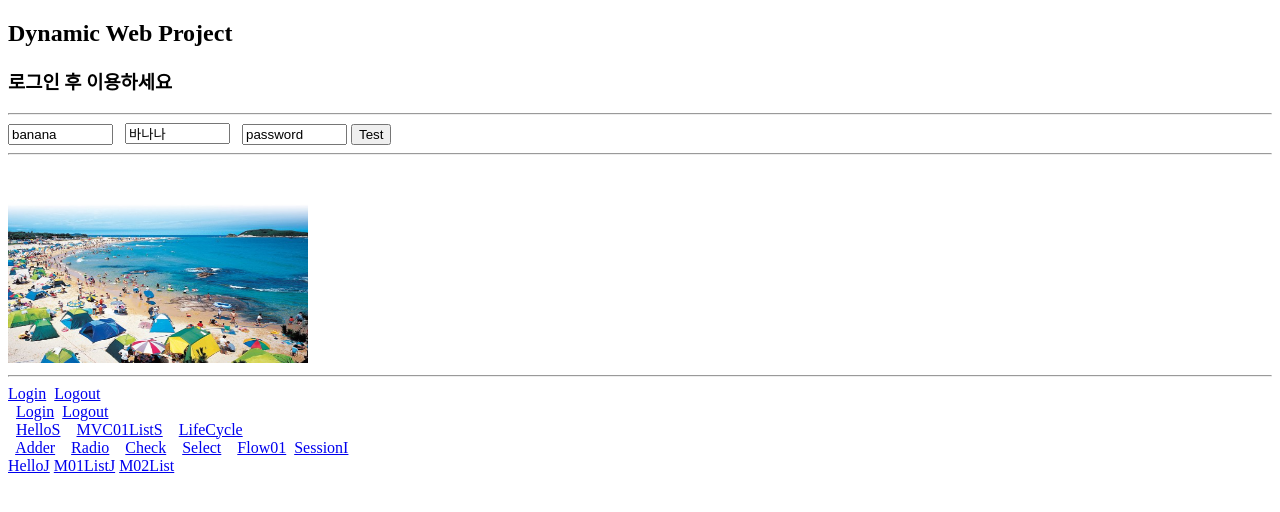
Repository: JYH94/JAVA
Page: http://localhost/web01/home.jsp
An editor plug-in stored every save of this project. The page is shown before and after the next save, followed by the edit.
The browser window is 1280 px wide. The pictures show the whole page.
The page is served by Tomcat 9.

Above is the page before, as saved 2024-01-16 07:11:38.

After the next save:
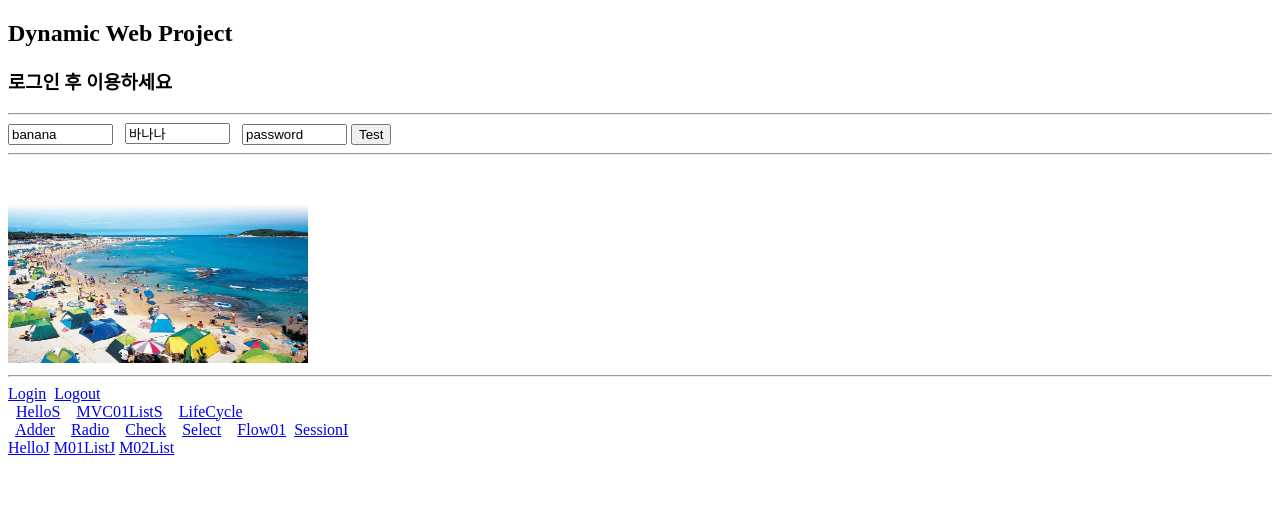
Saved 7 s later.
--- a/web01/src/main/webapp/home.jsp
+++ b/web01/src/main/webapp/home.jsp
@@ -49,7 +49,7 @@
 	<!-- 로그인 후 로그아웃버튼만 나오도록 -->
 
 
-	<c:choose>
+<%-- 	<c:choose>
 		<c:when test="${sessionScope.loginName == null }">
 			<a href="/web01/servletTestForm/flowEx04_LoginForm.jsp">Login</a>&nbsp;
 			<a href="/web01/logout">Logout</a>
@@ -59,7 +59,7 @@
 			<a href="/web01/logout">Logout</a>
 			<br>&nbsp;
 		</c:otherwise>
-	</c:choose>
+	</c:choose> --%>
 
 	<%
 		if(request.getSession().getAttribute("loginName") == null) {
